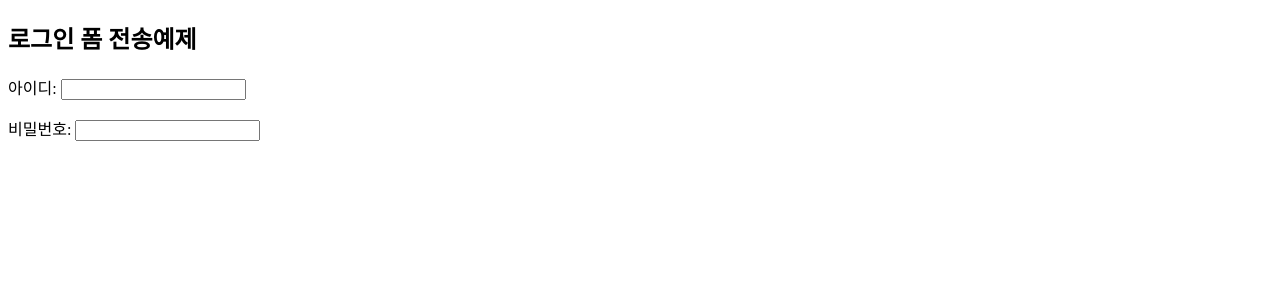
Repository: sieoh/2024html-
Page: http://localhost/jspweb_07/form_login.jsp
The author's editor kept a copy of each file at every save. The page is drawn from the files as they stood at one save, then again after the next save.
The browser window is 1280 px wide. The pictures show the whole page.
The page is served by Tomcat 9.

Above is the page before, as saved 2024-01-11 01:40:00.

After the next save:
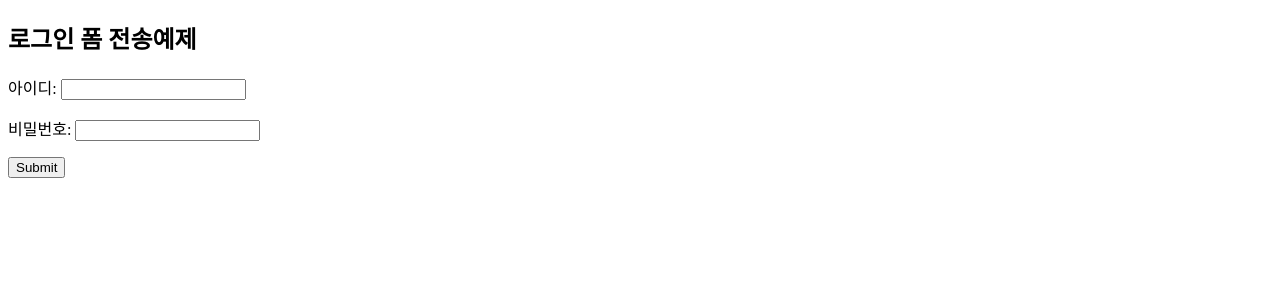
Saved 61 s later.
--- a/workspace_sts/jspweb_07/src/main/webapp/form_login.jsp
+++ b/workspace_sts/jspweb_07/src/main/webapp/form_login.jsp
@@ -17,6 +17,9 @@
 			<label>비밀번호: </label>
 			<input type="password" name="password">
 		</p>
+		<p>
+			<input type="submit" name="로그인">
+		</p>
 	</form>
 </body>
 </html>
